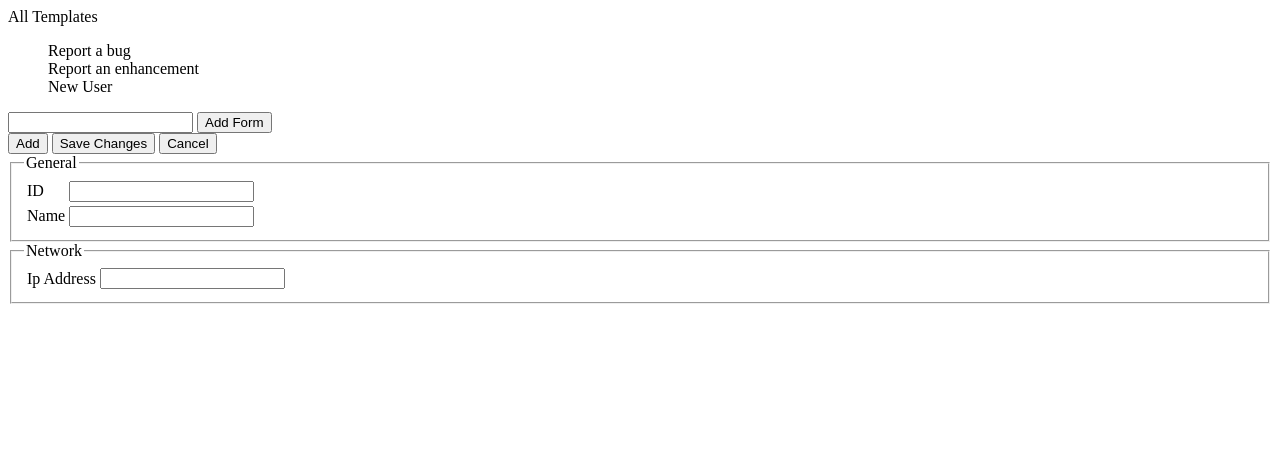
Repository: joliest/MyGits
Page: http://localhost/MiniTracker/Template.jsp
An editor plug-in stored every save of this project. The page is shown before and after the next save, followed by the edit.
The browser window is 1280 px wide. The pictures show the whole page.
Some web libraries are served in a nearby version. The page is served by Tomcat 9.

Above is the page before, as saved 2017-12-12 13:39:31.

After the next save:
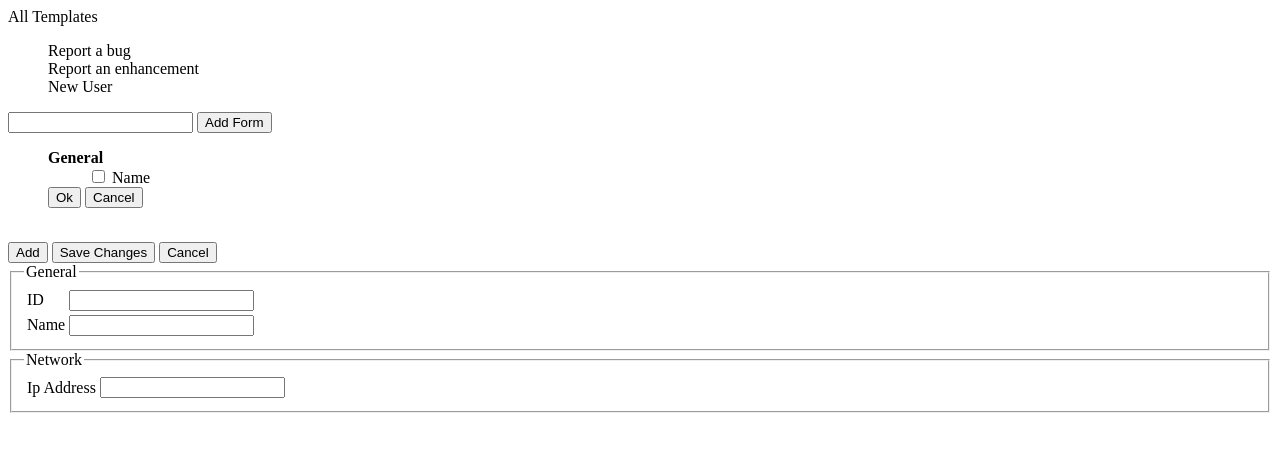
Console error: SyntaxError: Unexpected token '=='
Saved 78 s later.
--- a/Java/Project_JIRA/MiniTracker/WebContent/js/Template.js
+++ b/Java/Project_JIRA/MiniTracker/WebContent/js/Template.js
@@ -48,13 +48,18 @@ $(document).ready(function() {
 	//adding checked boxes into the template
 	$("#addAttributeButton").click(function(){
 		var myObj = { "attributeId[]" : [] };
+		var templateId = id.getTemplateId();
 
 		//adding selected checkbox attributeId into the obj[] array
 		$(":checked").each(function(i) {
 			myObj["attributeId[]"].push($(this).attr("attributeId"));
 		})
 
-
+		if( == "") {
+			alert("Select a template");
+		} else {
+			alert("Template id is : " id)
+		}
 
 		/*
 		//send request and get response from MiniTracker\TemplateServlet.java
